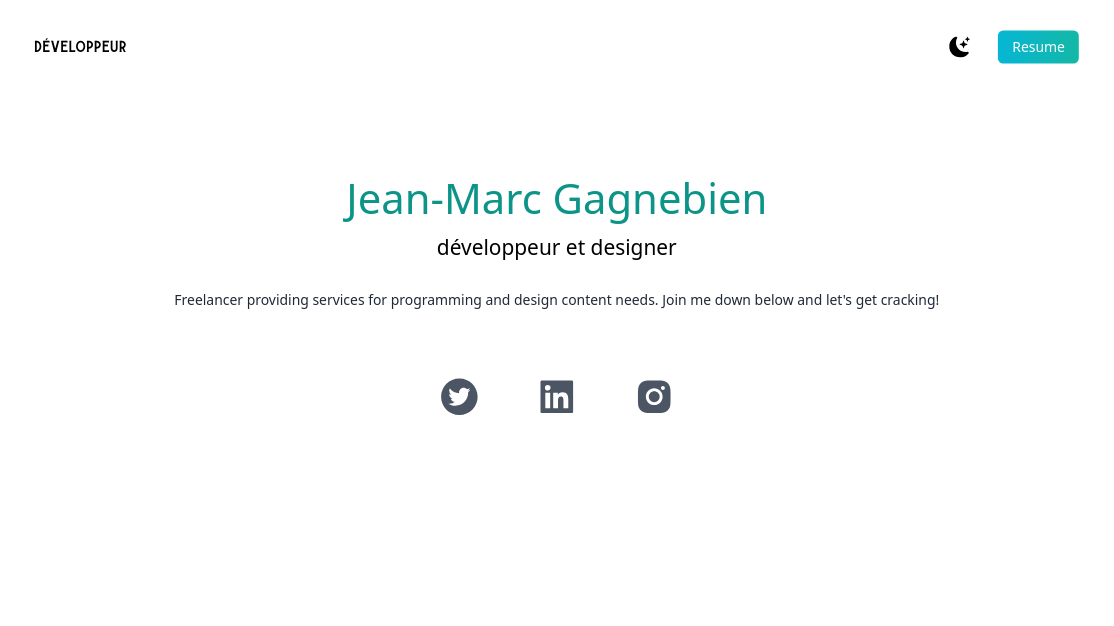
Repository: Jean-MarcG/portfoli_next
Page: /
An editor plug-in stored every save of this project. The page is shown before and after the next save, followed by the edit.
The browser window is 1280 px wide. The pictures show the whole page, at 87% of full size.
The project was rebuilt for these pictures with package versions that can differ from the ones it lists, and the page was loaded fresh each time. The framework's server and built-in components were replaced by stand-ins that run in the browser. Also part of the build but not shown: next.config.js.

Above is the page before, as saved 2023-04-01 17:35:32.

After the next save:
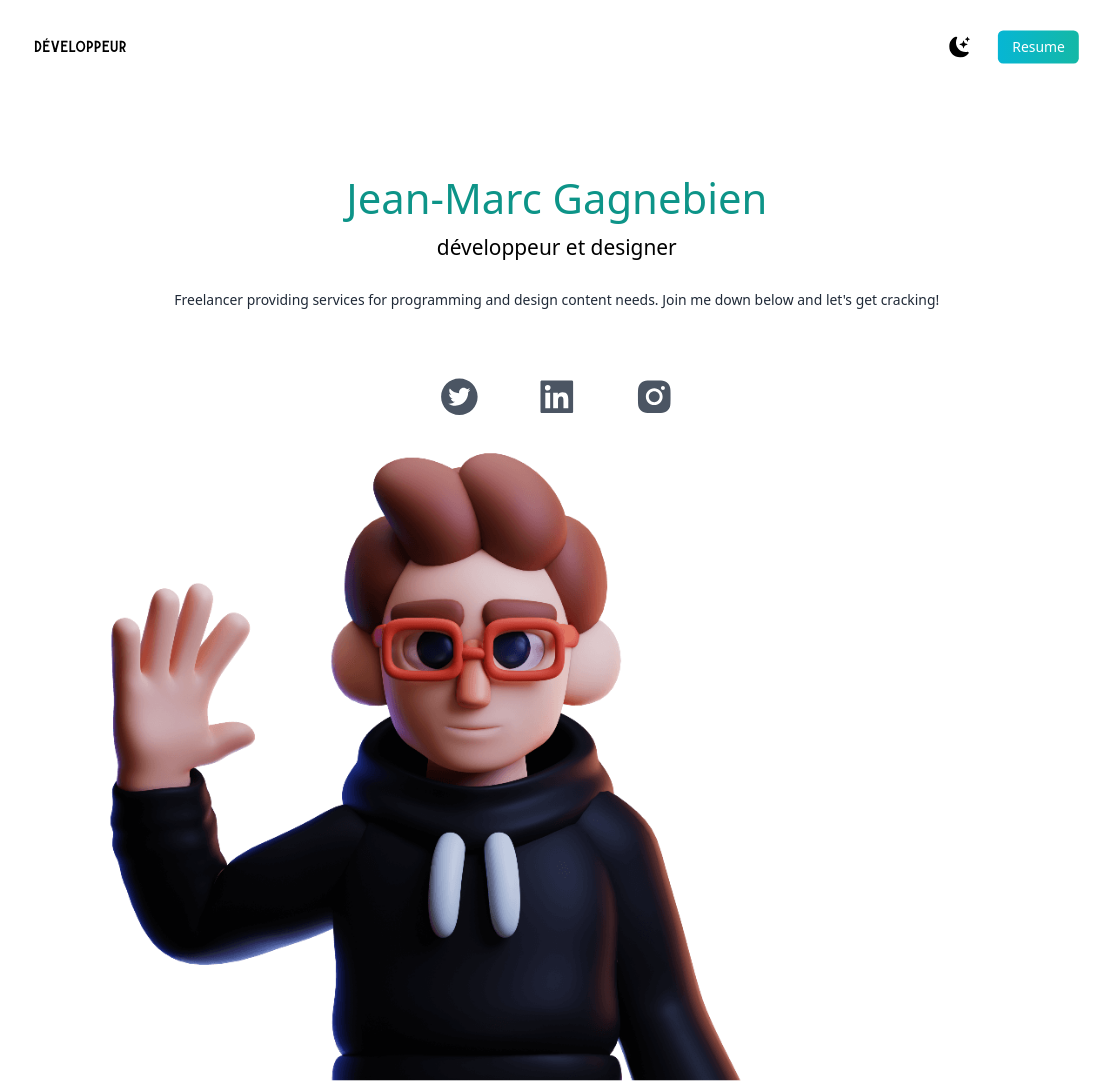
Saved 51 s later.
--- a/pages/index.js
+++ b/pages/index.js
@@ -2,7 +2,7 @@
 import {BsFillMoonStarsFill} from 'react-icons/bs';
 import {AiFillTwitterCircle, AiFillLinkedin, AiFillInstagram} from 'react-icons/ai'
 import Image from 'next/image';
-import deved from 'publi'
+import deved from '../public/dev-ed-wave.png'
 
 export default function Home() {
   return (
@@ -38,7 +38,7 @@
           </div>
           <div>
             <div className=''>
-
+              <Image src={deved}/>
             </div>
           </div>
         </section>
